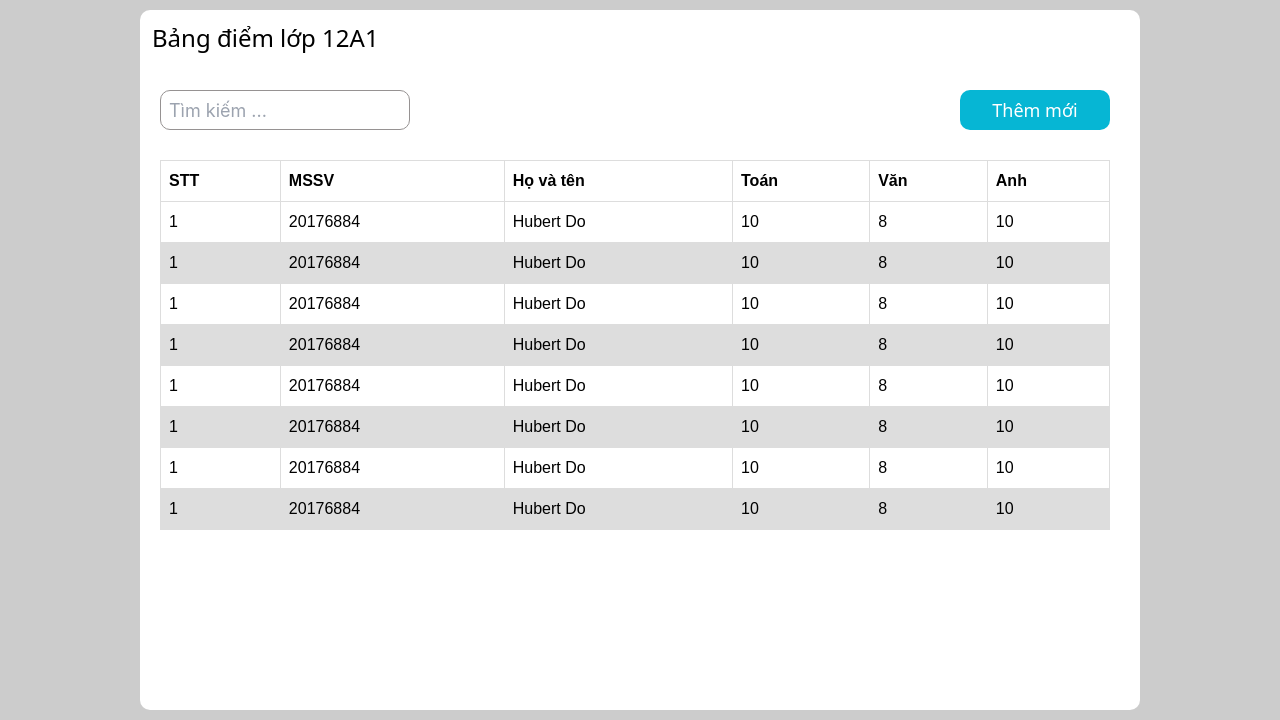
Repository: doducthuan/ReactJS-Movie
Page: /
These files come from the project's save history. The page is drawn as it stood at one moment and after the next save; the edit follows.
The browser window is 1280 px wide. The pictures show the whole page.
The project was rebuilt for these pictures with package versions that can differ from the ones it lists, and the page was loaded fresh each time. Also part of the build but not shown: src/App.css.

Above is the page before, as saved 2024-01-13 07:47:30.

### public/index.html
<!DOCTYPE html>
<html lang="en">
  <head>
    <meta charset="utf-8" />
    <link rel="icon" href="%PUBLIC_URL%/avatar_rmbg.png" />
    <meta name="viewport" content="width=device-width, initial-scale=1" />
    <meta name="theme-color" content="#000000" />
    <meta
      name="description"
      content="Web site created using create-react-app"
    />
    <link rel="apple-touch-icon" href="%PUBLIC_URL%/logo192.png" />
    <!--
      manifest.json provides metadata used when your web app is installed on a
      user's mobile device or desktop. See https://developers.google.com/web/fundamentals/web-app-manifest/
    -->
    <link rel="manifest" href="%PUBLIC_URL%/manifest.json" />
    <!--
      Notice the use of %PUBLIC_URL% in the tags above.
      It will be replaced with the URL of the `public` folder during the build.
      Only files inside the `public` folder can be referenced from the HTML.

      Unlike "/favicon.ico" or "favicon.ico", "%PUBLIC_URL%/favicon.ico" will
      work correctly both with client-side routing and a non-root public URL.
      Learn how to configure a non-root public URL by running `npm run build`.
    -->
    <title>Mèo Hen</title>
  </head>
  <body>
    <noscript>You need to enable JavaScript to run this app.</noscript>
    <div id="root"></div>
    <!--
      This HTML file is a template.
      If you open it directly in the browser, you will see an empty page.

      You can add webfonts, meta tags, or analytics to this file.
      The build step will place the bundled scripts into the <body> tag.

      To begin the development, run `npm start` or `yarn start`.
      To create a production bundle, use `npm run build` or `yarn build`.
    -->
  </body>
</html>

### src/App.js
import './App.css';
import Students from './components/students/Students';
function App() {
  return (
    <div className="App">
      <Students></Students>
    </div>
  );
}

export default App;

### src/components/students/Students.js
import React, { useMemo } from 'react';
import './styles.css';
import { useTable } from 'react-table';
import { COLUMNS } from './Columns';
const Students = () => {
    const data = [
        { stt: 1, id: 20176884, name: "Hubert Do", math: 10, literature: 8, english: 10 },
        { stt: 1, id: 20176884, name: "Hubert Do", math: 10, literature: 8, english: 10 },
        { stt: 1, id: 20176884, name: "Hubert Do", math: 10, literature: 8, english: 10 },
        { stt: 1, id: 20176884, name: "Hubert Do", math: 10, literature: 8, english: 10 },
        { stt: 1, id: 20176884, name: "Hubert Do", math: 10, literature: 8, english: 10 },
        { stt: 1, id: 20176884, name: "Hubert Do", math: 10, literature: 8, english: 10 },
        { stt: 1, id: 20176884, name: "Hubert Do", math: 10, literature: 8, english: 10 },
        { stt: 1, id: 20176884, name: "Hubert Do", math: 10, literature: 8, english: 10 },
    ];
    const columns = useMemo(() => COLUMNS, []);
    const { getTableProps, getTableBodyProps, headerGroups, rows, prepareRow } = useTable({ columns, data });
    return (
        <div className="full-view">
            <div className="border-data">
                <p className="font-sans text-2xl ml-3 mt-3">Bảng điểm lớp 12A1</p>
                <div className="table-data">
                    <div className="search-add mt-9 flex">
                        <input className="search-all text-lg" placeholder='Tìm kiếm ...' />
                        <button className="add-student font-sans text-lg bg-cyan-500 hover:bg-cyan-600 text-white">Thêm mới</button>
                    </div>
                    <div className="table-content">
                        <table {...getTableProps()}>
                            <thead>
                                {headerGroups.map((headerGroup) => (
                                    <tr {...headerGroup.getHeaderGroupProps()}>
                                        {headerGroup.headers.map((column) => (
                                            <th {...column.getHeaderProps()}>
                                                {column.render('Header')}
                                            </th>
                                        ))}
                                    </tr>
                                ))}
                            </thead>
                            <tbody {...getTableBodyProps()}>
                                {rows.map((row) => {
                                    prepareRow(row);
                                    return (
                                        <tr {...row.getRowProps()}>
                                            {row.cells.map((cell) => {
                                                return (
                                                    <td {...cell.getCellProps()}>
                                                        {cell.render('Cell')}
                                                    </td>
                                                );
                                            })}
                                        </tr>
                                    );
                                })}
                            </tbody>
                        </table>

                    </div>
                </div>

            </div>
        </div>
    );
};

export default Students;

### src/components/students/styles.css
.full-view{
    display: flex;
    justify-content: center;
    align-items: center;
    height: 100vh;
    background-color: #ccc;
}
.border-data{
    width: 1000px;
    height: 700px;
    background-color: #fff;
    border-radius: 10px;
}
.table-data{
    width: 95%;
    height: 600px;
    margin-left: 20px;
}
.search-add{
    gap: 550px;
    margin-bottom: 30px;
}
.search-all{
    width: 250px;
    height: 40px;
    border: 1px solid #969292;
    border-radius: 10px;
    padding: 8px;
}
.add-student{
    width: 150px;
    height: 40px;
    border-radius: 10px;
}
table{
    font-family: sans-serif;
    border-collapse: collapse;
    width: 100%;
}
td,th {
    border: 1px solid #dddddd;
    text-align: left;
    padding: 8px;
}
tr:nth-child(even) {
    background-color: #dddddd;
}

### src/components/students/Columns.js
export const COLUMNS = [
    { Header: "STT", accessor: "stt" },
    { Header: "MSSV", accessor: "id" },
    { Header: "Họ và tên", accessor: "name" },
    { Header: "Toán", accessor: "math" },
    { Header: "Văn", accessor: "literature" },
    { Header: "Anh", accessor: "english" },
];

Loaded but not shown: src/index.js (common file); src/index.css (common file); src/reportWebVitals.js (common file); tailwind.config.js (common file)

After the next save:
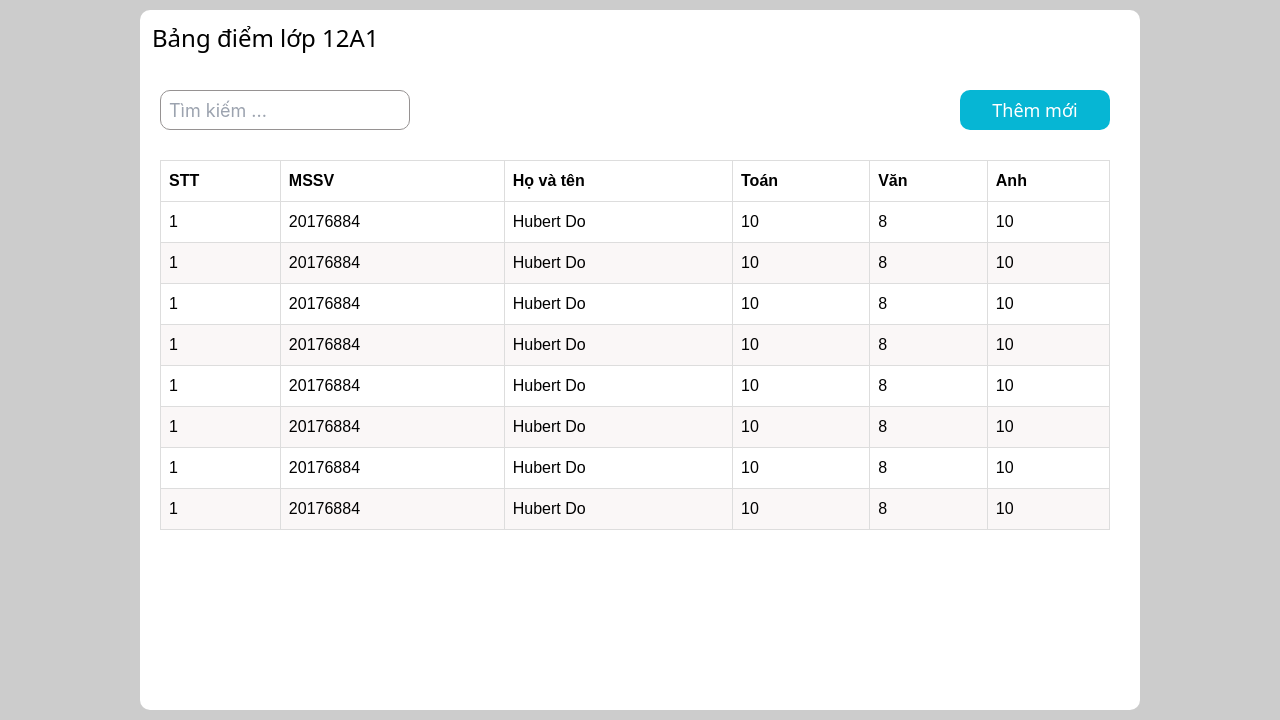
Saved 14 s later.
--- a/src/components/students/styles.css
+++ b/src/components/students/styles.css
@@ -43,5 +43,5 @@ td,th {
     padding: 8px;
 }
 tr:nth-child(even) {
-    background-color: #dddddd;
+    background-color: #faf7f7;
 }
